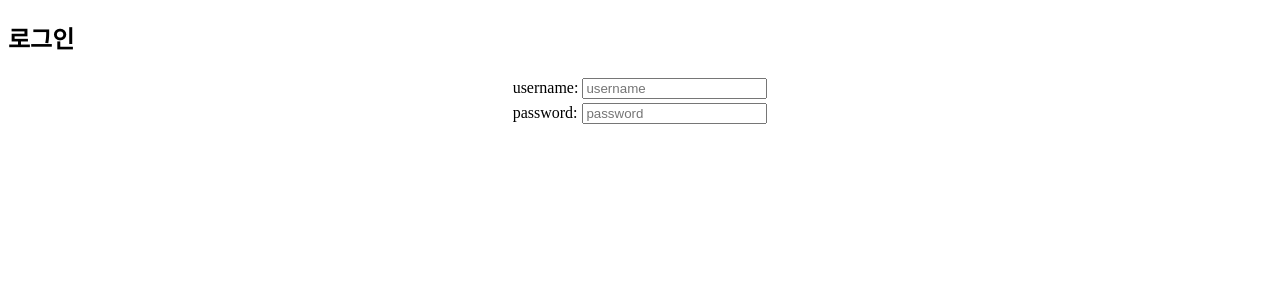
Repository: younsook/507_workspace_sts4
Page: SpringBootSecurityJWTOAuth2/src/main/resources/static/index.html
The author's editor kept a copy of each file at every save. The page is drawn from the files as they stood at one save, then again after the next save.
The browser window is 1280 px wide. The pictures show the whole page.

Above is the page before, as saved 2025-08-21 04:07:16.

After the next save:
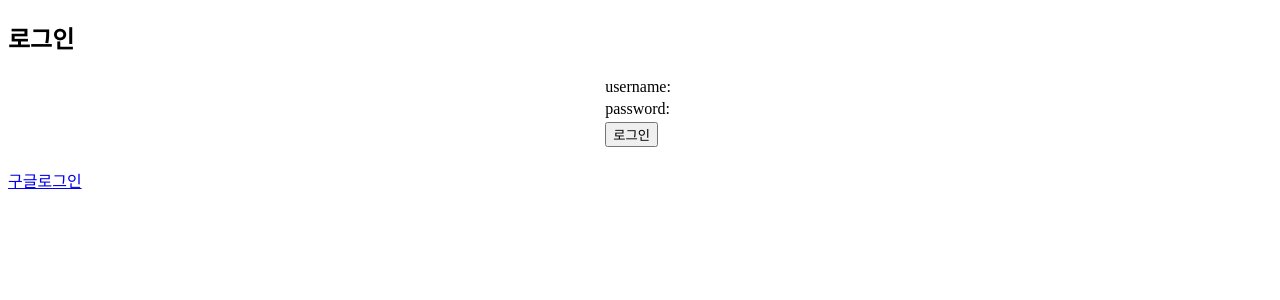
Saved 98 s later.
--- a/SpringBootSecurityJWTOAuth2/src/main/resources/static/index.html
+++ b/SpringBootSecurityJWTOAuth2/src/main/resources/static/index.html
@@ -6,11 +6,14 @@
 </head>
 <body>
 <h2>로그인</h2>
-<form action="/login" method="post">
-	<table align="center">
-		<tr><td>username:</td><td><input type="text" name="username" placeholder="username" /></td></tr>
-		<tr><td>password:</td><td><input type="password" name="password" placeholder="password" /></td></tr>
-	</table>
-</form>
+ <form action="/login" method="POST">
+ <table align="center">
+ <tr><td>username:</td><td><inputtype="text"name="username" placeholder="username" /></td></tr>
+ <tr><td>password:</td><td><inputtype="password" name="password"placeholder="password" /></td></tr>
+ <tr><td colspan="2"><input type="submit" value="로그인" /></td></tr>
+ </table>
+ </form>
+ <br>
+ <a href="http://localhost:8080/oauth2/authorization/google">구글로그인</a>
 </body>
 </html>
